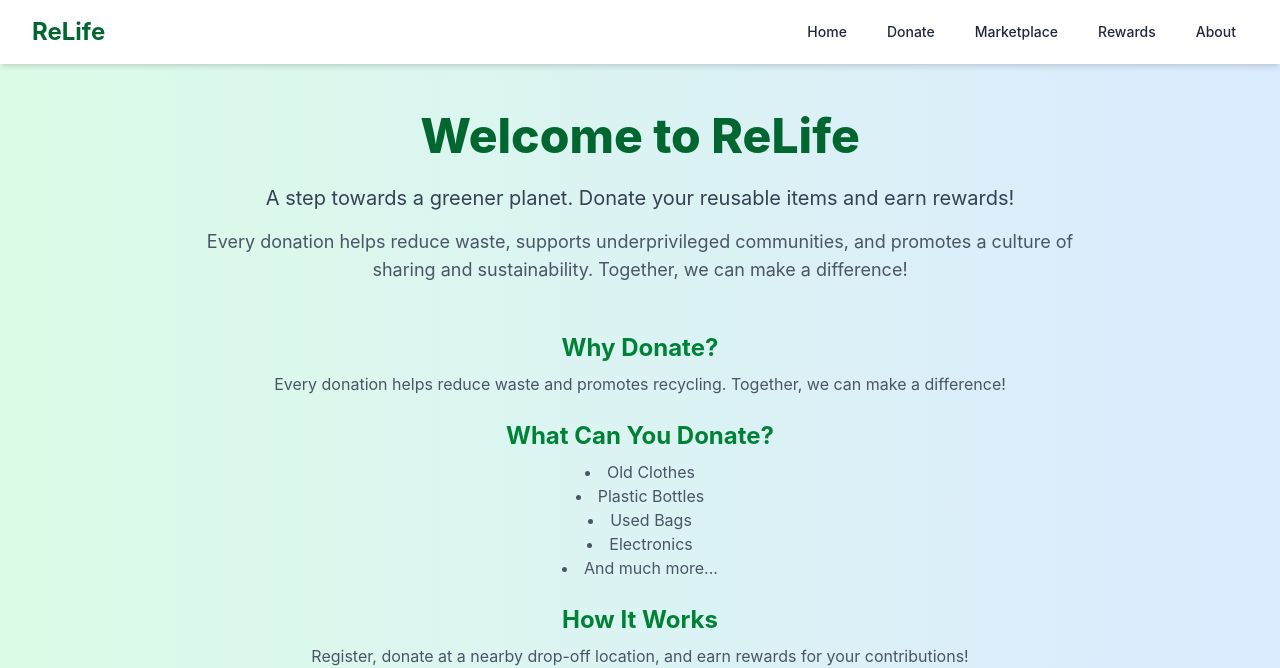
Repository: Harsh-verma24/edonation-drive
Page: / (app in frontend/)
The author's editor kept a copy of each file at every save. The page is drawn from the files as they stood at one save, then again after the next save.
The browser window is 1280 px wide. The pictures show the part of the page from y = 0 to 668 px (the page is 1600 px tall before and 1216 px after).
Pictures or frames that could not be fetched are drawn as grey boxes. The project was rebuilt for these pictures with package versions that can differ from the ones it lists, and the page was loaded fresh each time. Also part of the build but not shown: frontend/vite.config.js, frontend/src/utils/axiosInstance.js, frontend/src/pages/Donate.jsx, frontend/src/pages/Rewards.jsx, frontend/src/pages/Marketplace.jsx, frontend/src/pages/About.jsx.

Above is the page before, as saved 2025-10-15 22:19:14.

### frontend/src/main.jsx
import { StrictMode } from 'react'
import { createRoot } from 'react-dom/client'
import './index.css'
import App from './App.jsx'
import { createBrowserRouter, RouterProvider } from 'react-router-dom';
import Navbar from './components/Navbar';
import Home from './pages/Home';
import Donate from './pages/Donate';
import Rewards from './pages/Rewards';
import Marketplace from './pages/Marketplace';
import About from './pages/About';

const router = createBrowserRouter([
  {
    path: '/',
    element: <App />, // Wrap all routes with App to include Navbar and Footer
    children: [
      { path: '/', element: <Home /> },
      { path: '/donate', element: <Donate /> },
      { path: '/rewards', element: <Rewards /> },
      { path: '/marketplace', element: <Marketplace /> },
      { path: '/about', element: <About /> }, // Add route for About page
    ],
  },
]);

createRoot(document.getElementById('root')).render(
  <StrictMode>
    <RouterProvider router={router} />
  </StrictMode>,
)

### frontend/src/index.css
@import "tailwindcss";

@layer base {
  :root {
    --primary-color: #16a34a; /* Green */
    --secondary-color: #2563eb; /* Blue */
    --background-gradient: linear-gradient(to right, #d1fae5, #bfdbfe);
    --text-color: #374151; /* Gray */
  }
}

body {
  background: var(--background-gradient);
  color: var(--text-color);
  font-family: 'Inter', sans-serif;
}

### frontend/src/App.jsx
import React from 'react';
import Navbar from './components/Navbar';
import Footer from './components/Footer';
import { Outlet } from 'react-router-dom';

function App() {
  return (
    <div className="relative min-h-screen">
      <Navbar />
      <main className="pt-16 pb-16">{/* Adjust padding to account for fixed Navbar and Footer */}
        <Outlet />
      </main>
      <Footer />
    </div>
  );
}

export default App;

### frontend/src/components/Navbar.jsx
import React, { useState } from 'react';
import { Menu, X } from 'lucide-react';

const Navbar = () => {
  const [isOpen, setIsOpen] = useState(false);

  const toggleDrawer = () => {
    setIsOpen(!isOpen);
  };

  return (
    <nav className="bg-white bg-opacity-30 backdrop-blur-md shadow-md fixed top-0 left-0 w-full z-50">
      <div className="max-w-7xl mx-auto px-4 sm:px-6 lg:px-8">
        <div className="flex items-center justify-between h-16">
          <div className="flex-shrink-0">
            <a href="/" className="text-2xl font-bold text-green-800">ReLife</a>
          </div>
          <div className="md:hidden">
            <button onClick={toggleDrawer} className="text-gray-800 hover:text-green-600 focus:outline-none">
              {isOpen ? <X size={24} /> : <Menu size={24} />}
            </button>
          </div>
          <div className={`md:flex md:items-center md:space-x-4 ${isOpen ? 'block' : 'hidden'} absolute md:static top-16 left-0 w-full md:w-auto bg-white md:bg-transparent shadow-md md:shadow-none`}>
            <a href="/" className="block text-gray-800 hover:text-green-600 px-3 py-2 rounded-md text-sm font-medium">Home</a>
            <a href="/donate" className="block text-gray-800 hover:text-green-600 px-3 py-2 rounded-md text-sm font-medium">Donate</a>
            <a href="/marketplace" className="block text-gray-800 hover:text-green-600 px-3 py-2 rounded-md text-sm font-medium">Marketplace</a>
            <a href="/rewards" className="block text-gray-800 hover:text-green-600 px-3 py-2 rounded-md text-sm font-medium">Rewards</a>
            <a href="/about" className="block text-gray-800 hover:text-green-600 px-3 py-2 rounded-md text-sm font-medium">About</a>
          </div>
        </div>
      </div>
    </nav>
  );
};

export default Navbar;

### frontend/src/pages/Home.jsx
import React from 'react';
import { motion } from 'framer-motion';

const Home = () => {
  return (
    <div className="p-12 bg-gradient-to-r from-green-100 to-blue-100 min-h-screen">
      <motion.div
        className="text-center max-w-4xl mx-auto"
        initial={{ opacity: 0, y: -50 }}
        animate={{ opacity: 1, y: 0 }}
        transition={{ duration: 0.8 }}
      >
        <h1 className="text-5xl font-extrabold text-green-800">Welcome to ReLife</h1>
        <p className="mt-6 text-gray-700 text-xl">A step towards a greener planet. Donate your reusable items and earn rewards!</p>
        <p className="mt-4 text-gray-600 text-lg">Every donation helps reduce waste, supports underprivileged communities, and promotes a culture of sharing and sustainability. Together, we can make a difference!</p>
        <div className="mt-12 text-center">
          <h2 className="text-2xl font-bold text-green-700">Why Donate?</h2>
          <p className="mt-2 text-gray-600">Every donation helps reduce waste and promotes recycling. Together, we can make a difference!</p>
          <h2 className="mt-6 text-2xl font-bold text-green-700">What Can You Donate?</h2>
          <ul className="mt-2 text-gray-600 list-disc list-inside">
            <li>Old Clothes</li>
            <li>Plastic Bottles</li>
            <li>Used Bags</li>
            <li>Electronics</li>
            <li>And much more...</li>
          </ul>
          <h2 className="mt-6 text-2xl font-bold text-green-700">How It Works</h2>
          <p className="mt-2 text-gray-600">Register, donate at a nearby drop-off location, and earn rewards for your contributions!</p>
        </div>
        <div className="mt-12 flex justify-center space-x-6">
          <motion.a
            href="/donate"
            className="bg-green-600 text-white px-8 py-4 rounded-lg shadow-lg hover:bg-green-700 text-lg"
            whileHover={{ scale: 1.1 }}
          >
            Donate Now
          </motion.a>
          <motion.a
            href="/register-ngo"
            className="bg-blue-600 text-white px-8 py-4 rounded-lg shadow-lg hover:bg-blue-700 text-lg"
            whileHover={{ scale: 1.1 }}
          >
            Register NGO
          </motion.a>
        </div>
        <div className="mt-12 text-center">
          <h1 className="text-4xl font-extrabold text-green-800">Your Small Donation Can Create a Big Change</h1>
          <p className="mt-4 text-gray-700 text-lg">Join thousands of donors making the world a better place.</p>
          <div className="mt-8 flex justify-center space-x-4">
            <motion.a
              href="/donate"
              className="bg-green-600 text-white px-6 py-3 rounded-lg shadow hover:bg-green-700"
              whileHover={{ scale: 1.1 }}
            >
              Donate Now
            </motion.a>
            <motion.a
              href="/register-ngo"
              className="bg-blue-600 text-white px-6 py-3 rounded-lg shadow hover:bg-blue-700"
              whileHover={{ scale: 1.1 }}
            >
              Register NGO
            </motion.a>
          </div>
        </div>
      </motion.div>
      <div className="mt-16 grid grid-cols-1 md:grid-cols-2 gap-8">
        <motion.img
          src="https://source.unsplash.com/600x400/?donation"
          alt="Donation"
          className="rounded-lg shadow-lg"
          initial={{ opacity: 0 }}
          animate={{ opacity: 1 }}
          transition={{ duration: 1 }}
        />
        <motion.img
          src="https://source.unsplash.com/600x400/?helping-hands"
          alt="Helping Hands"
          className="rounded-lg shadow-lg"
          initial={{ opacity: 0 }}
          animate={{ opacity: 1 }}
          transition={{ duration: 1 }}
        />
      </div>
    </div>
  );
};

export default Home;

### frontend/src/components/Footer.jsx
import React from 'react';

const Footer = () => {
  return (
    <footer className="bg-white bg-opacity-30 backdrop-blur-md shadow-md relative bottom-0 left-0 w-full">
      <div className="max-w-7xl mx-auto px-4 sm:px-6 lg:px-8 py-4">
        <div className="flex justify-between items-center">
          <p className="text-gray-700 text-sm">&copy; 2025 ReLife. All rights reserved.</p>
          <div className="flex space-x-4">
            <a href="#" className="text-gray-700 hover:text-green-600 text-sm">Privacy Policy</a>
            <a href="#" className="text-gray-700 hover:text-green-600 text-sm">Terms of Service</a>
          </div>
        </div>
      </div>
    </footer>
  );
};

export default Footer;

Loaded but not shown: frontend/index.html (common file)

After the next save:
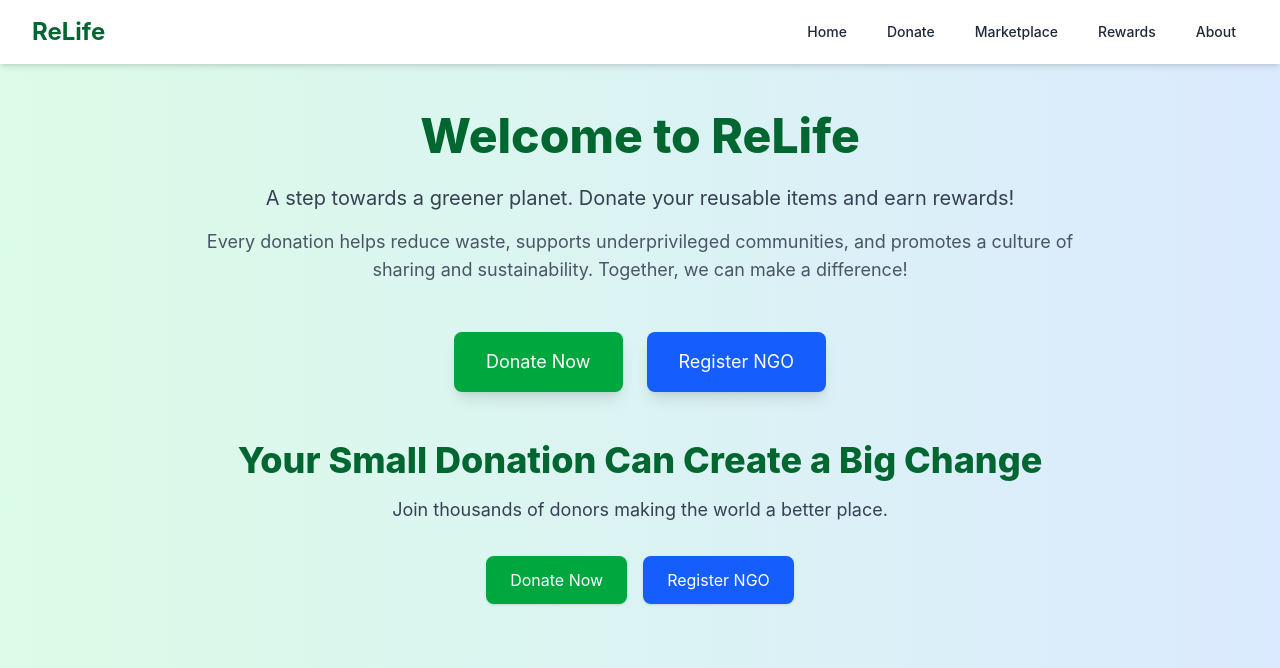
Saved 86 s later.
--- a/frontend/src/pages/Home.jsx
+++ b/frontend/src/pages/Home.jsx
@@ -1,85 +1,55 @@
 import React from 'react';
-import { motion } from 'framer-motion';
 
 const Home = () => {
   return (
     <div className="p-12 bg-gradient-to-r from-green-100 to-blue-100 min-h-screen">
-      <motion.div
-        className="text-center max-w-4xl mx-auto"
-        initial={{ opacity: 0, y: -50 }}
-        animate={{ opacity: 1, y: 0 }}
-        transition={{ duration: 0.8 }}
-      >
+      <div className="text-center max-w-4xl mx-auto">
         <h1 className="text-5xl font-extrabold text-green-800">Welcome to ReLife</h1>
         <p className="mt-6 text-gray-700 text-xl">A step towards a greener planet. Donate your reusable items and earn rewards!</p>
         <p className="mt-4 text-gray-600 text-lg">Every donation helps reduce waste, supports underprivileged communities, and promotes a culture of sharing and sustainability. Together, we can make a difference!</p>
-        <div className="mt-12 text-center">
-          <h2 className="text-2xl font-bold text-green-700">Why Donate?</h2>
-          <p className="mt-2 text-gray-600">Every donation helps reduce waste and promotes recycling. Together, we can make a difference!</p>
-          <h2 className="mt-6 text-2xl font-bold text-green-700">What Can You Donate?</h2>
-          <ul className="mt-2 text-gray-600 list-disc list-inside">
-            <li>Old Clothes</li>
-            <li>Plastic Bottles</li>
-            <li>Used Bags</li>
-            <li>Electronics</li>
-            <li>And much more...</li>
-          </ul>
-          <h2 className="mt-6 text-2xl font-bold text-green-700">How It Works</h2>
-          <p className="mt-2 text-gray-600">Register, donate at a nearby drop-off location, and earn rewards for your contributions!</p>
-        </div>
         <div className="mt-12 flex justify-center space-x-6">
-          <motion.a
+          <a
             href="/donate"
             className="bg-green-600 text-white px-8 py-4 rounded-lg shadow-lg hover:bg-green-700 text-lg"
-            whileHover={{ scale: 1.1 }}
           >
             Donate Now
-          </motion.a>
-          <motion.a
+          </a>
+          <a
             href="/register-ngo"
             className="bg-blue-600 text-white px-8 py-4 rounded-lg shadow-lg hover:bg-blue-700 text-lg"
-            whileHover={{ scale: 1.1 }}
           >
             Register NGO
-          </motion.a>
+          </a>
         </div>
         <div className="mt-12 text-center">
           <h1 className="text-4xl font-extrabold text-green-800">Your Small Donation Can Create a Big Change</h1>
           <p className="mt-4 text-gray-700 text-lg">Join thousands of donors making the world a better place.</p>
           <div className="mt-8 flex justify-center space-x-4">
-            <motion.a
+            <a
               href="/donate"
               className="bg-green-600 text-white px-6 py-3 rounded-lg shadow hover:bg-green-700"
-              whileHover={{ scale: 1.1 }}
             >
               Donate Now
-            </motion.a>
-            <motion.a
+            </a>
+            <a
               href="/register-ngo"
               className="bg-blue-600 text-white px-6 py-3 rounded-lg shadow hover:bg-blue-700"
-              whileHover={{ scale: 1.1 }}
             >
               Register NGO
-            </motion.a>
+            </a>
           </div>
         </div>
-      </motion.div>
+      </div>
       <div className="mt-16 grid grid-cols-1 md:grid-cols-2 gap-8">
-        <motion.img
+        <img
           src="https://source.unsplash.com/600x400/?donation"
           alt="Donation"
           className="rounded-lg shadow-lg"
-          initial={{ opacity: 0 }}
-          animate={{ opacity: 1 }}
-          transition={{ duration: 1 }}
         />
-        <motion.img
+        <img
           src="https://source.unsplash.com/600x400/?helping-hands"
           alt="Helping Hands"
           className="rounded-lg shadow-lg"
-          initial={{ opacity: 0 }}
-          animate={{ opacity: 1 }}
-          transition={{ duration: 1 }}
         />
       </div>
     </div>
